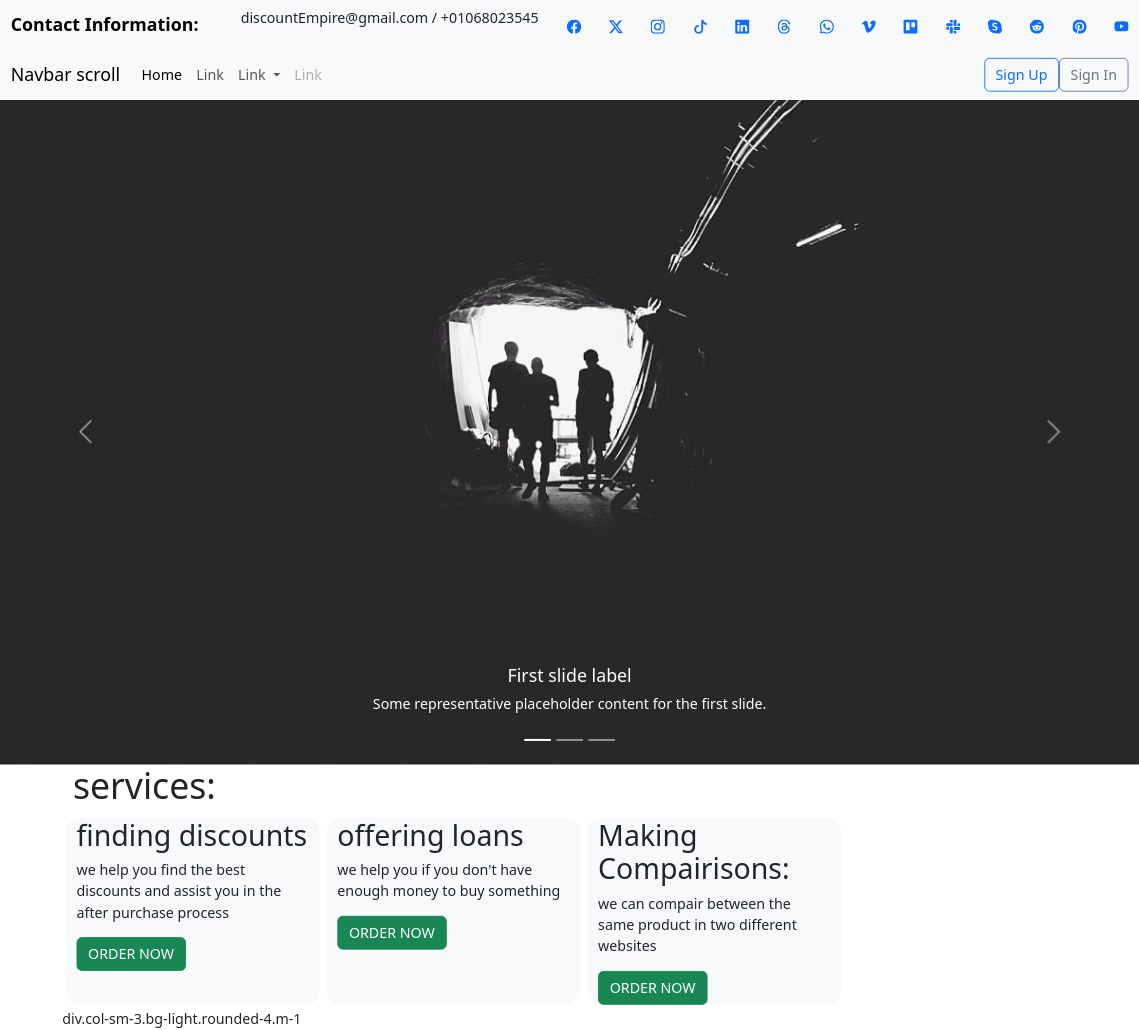
Repository: HaziimYassien/The-Discount-Empire
Page: index.html
These files come from the project's save history. The page is drawn as it stood at one moment and after a run of saves; the edit follows.
The browser window is 1280 px wide. The pictures show the whole page, at 89% of full size.

Above is the page before, as saved 2024-01-24 18:51:40.

After the next 2 saves:
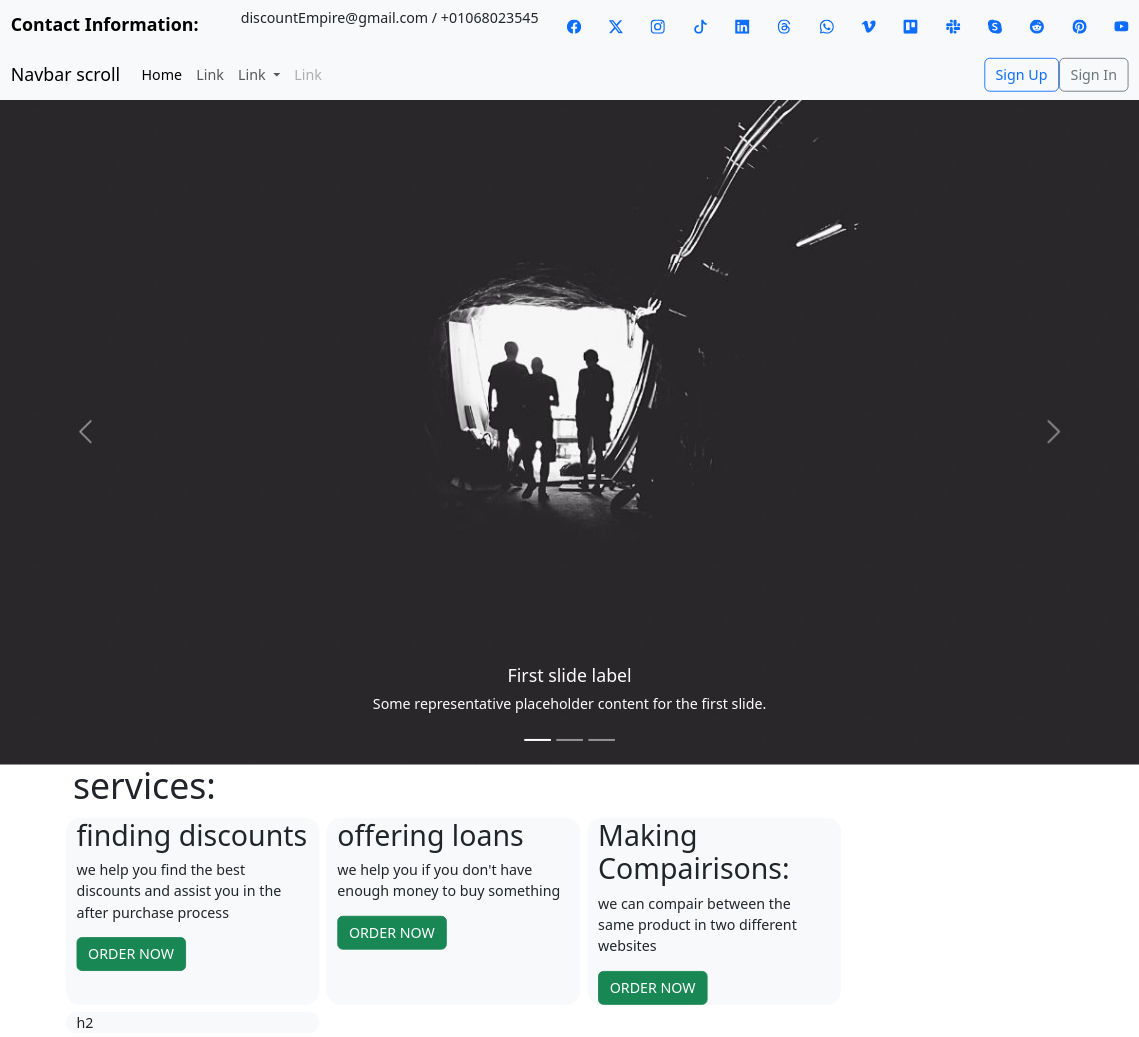
The 2 saves are shown as one change because they came seconds apart.
The last was saved 8 s later.
--- a/index.html
+++ b/index.html
@@ -226,7 +226,9 @@
     <p>we can compair between the same product in two different websites </p>
     <button type="button" class="btn btn-success">ORDER NOW</button>
   </div>
-  div.col-sm-3.bg-light.rounded-4.m-1
+  <div class="col-sm-3 bg-light rounded-4 m-1">
+    h2
+  </div>
 
 </section>
     <!-- END _Services -->
